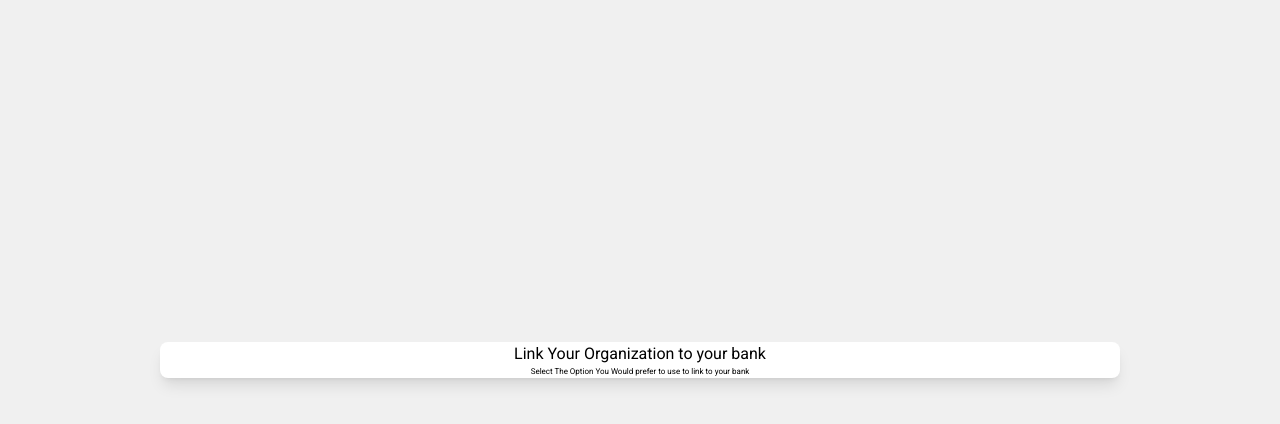
Repository: Nathan-spec/link_to_org
Page: /
The author's editor kept a copy of each file at every save. The page is drawn from the files as they stood at one save, then again after a run of saves.
The browser window is 1280 px wide. The pictures show the whole page.
The project was rebuilt for these pictures with package versions that can differ from the ones it lists, and the page was loaded fresh each time. The framework's server and built-in components were replaced by stand-ins that run in the browser. Also part of the build but not shown: next.config.ts.

Above is the page before, as saved 2024-10-25 13:16:33.

After the next 3 saves:
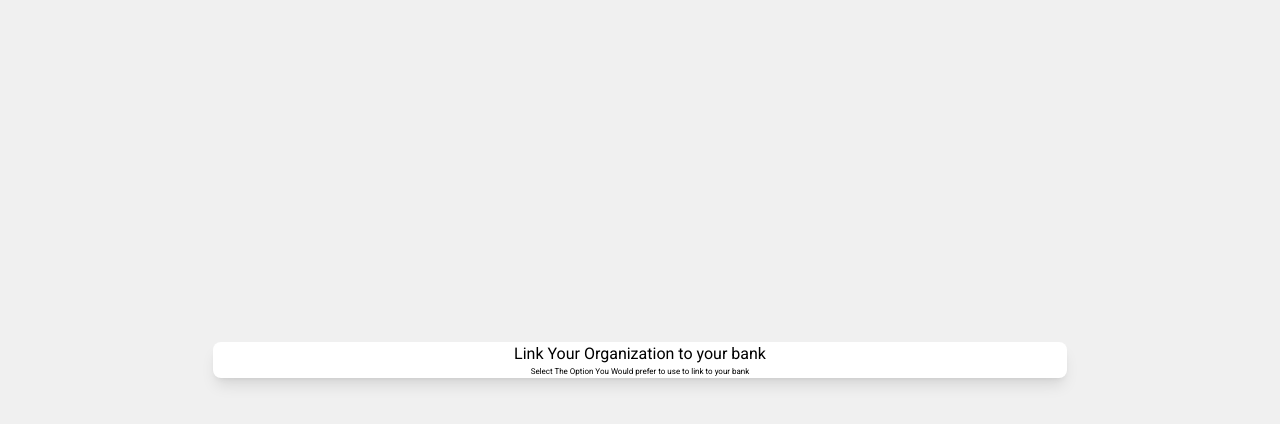
The 3 saves are shown as one change because they came seconds apart.
The last was saved 8 s later.
--- a/app/page.tsx
+++ b/app/page.tsx
@@ -12,7 +12,7 @@ export default function Home() {
     className={`w-full h-screen flex items-center justify-center ${roboto.className}`}
     style={{ backgroundColor: '#f0f0f0'}}
     >
-      <div className={`w-3/4  md:w bg-white rounded-lg shadow-lg`}>
+      <div className={`w-3/4  md:w-2/3 lg: bg-white rounded-lg shadow-lg`}>
       {/* Inner card component */}
       <h1 style={{fontSize: '16px', color: 'black', textAlign: 'center', }}>
         Link Your Organization to your bank
